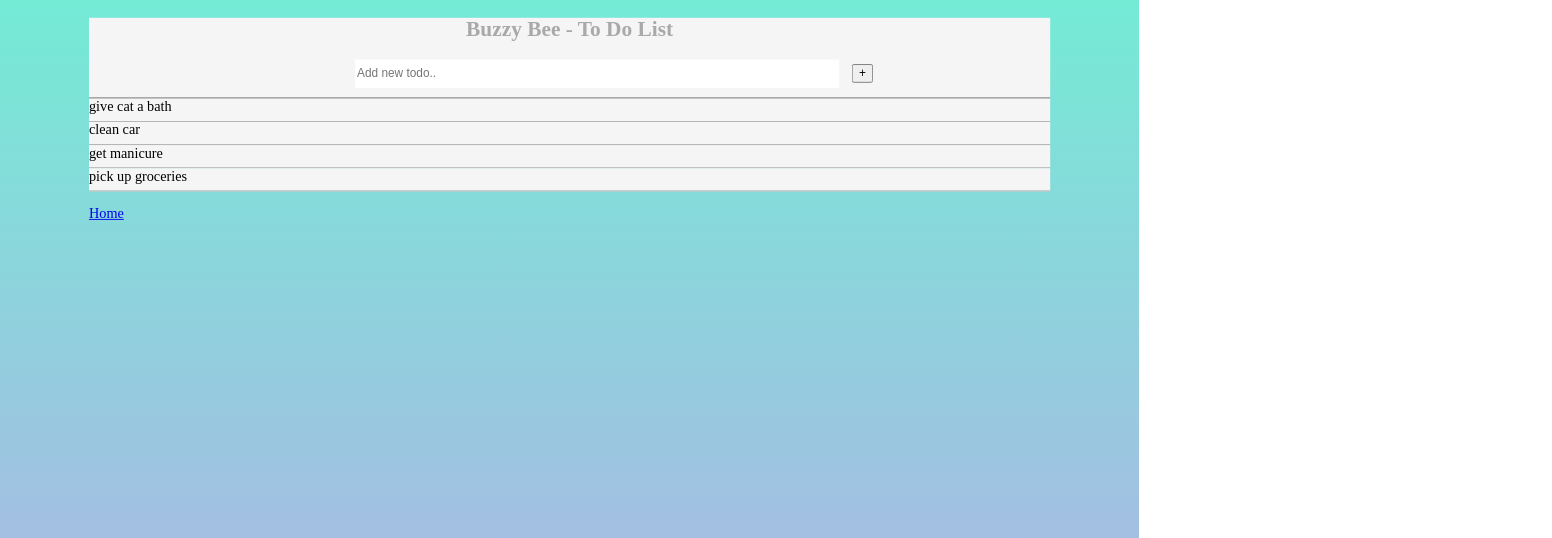
Repository: seleniadelgado/backend-spring2020-angie
Page: projects/todo/public_html/index.html
These files come from the project's save history. The page is drawn as it stood at one moment and after the next save; the edit follows.
The browser window is 1280 px wide. The page is 1280 px wide, then 1744 px, so the pictures cover 1744 px, including what lies to the right of the window. The pictures show the whole page, at 89% of full size.
The page's requests for data from a server got no answer.

Above is the page before, as saved 2020-05-12 19:40:37.

After the next save:
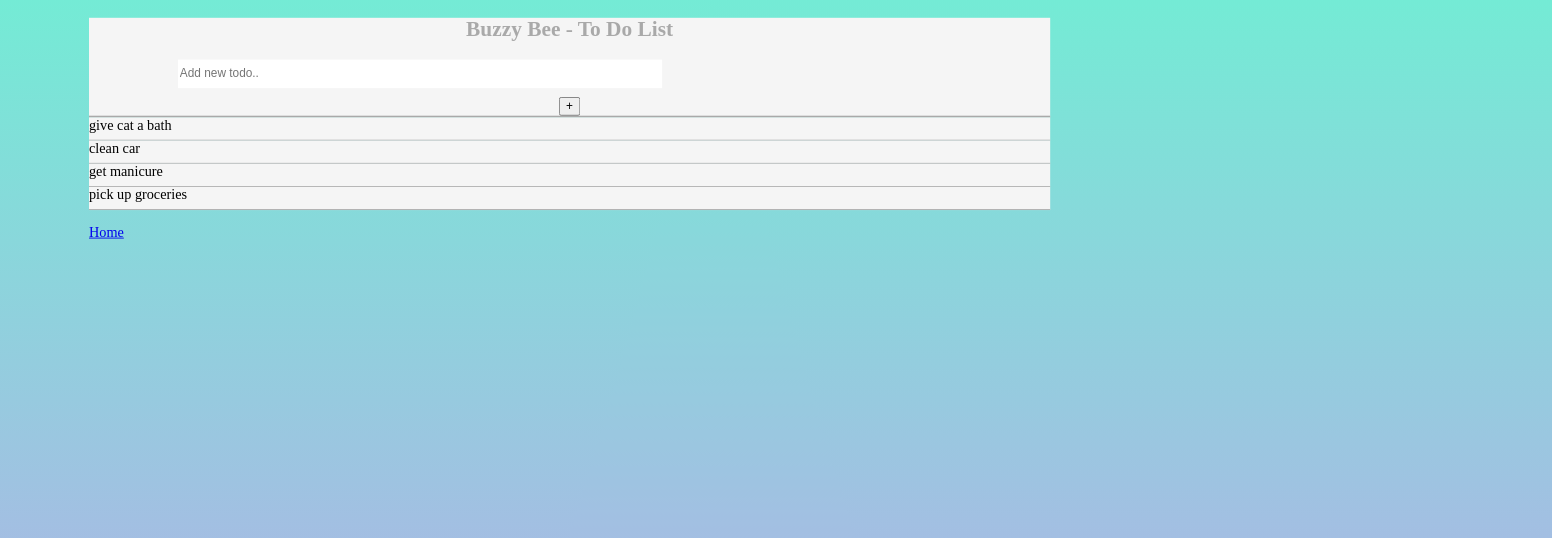
Saved 7 s later.
--- a/projects/todo/public_html/styles.css
+++ b/projects/todo/public_html/styles.css
@@ -18,7 +18,7 @@ body {
 }
 #addNote #newNote {
     border: none;
-    margin: 0px 10px 10px 100px;
+    margin: 0px 1000px 10px 100px;
 
     height: 30px;
     width: 50%;
